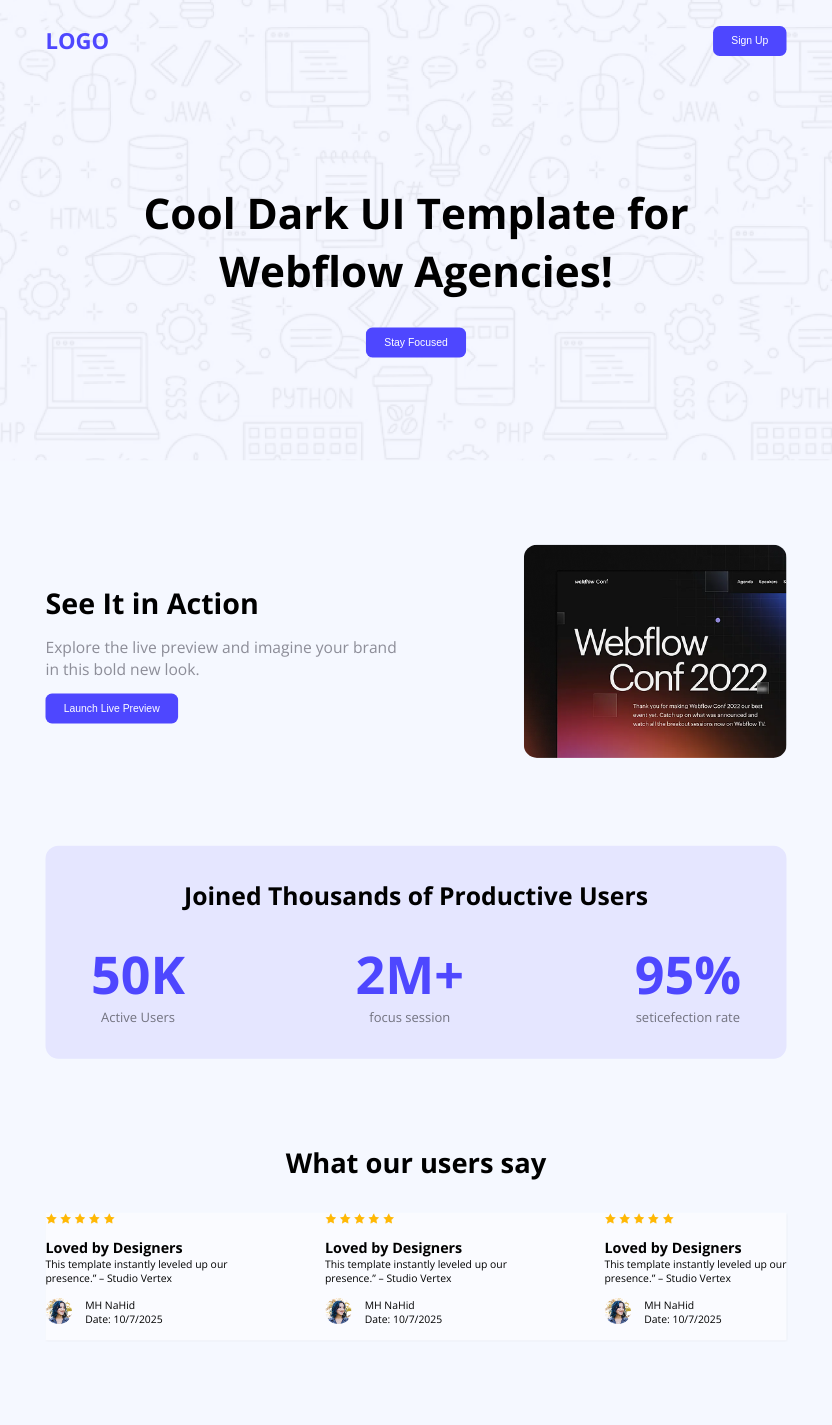
Repository: nahid-hasann/website-3
Page: index.html
An editor plug-in stored every save of this project. The page is shown before and after the next save, followed by the edit.
The browser window is 1280 px wide. The pictures show the whole page, at 65% of full size.

Above is the page before, as saved 2025-07-10 21:13:37.

### index.html
<!DOCTYPE html>
<html lang="en">
<head>
    <meta charset="UTF-8">
    <meta name="viewport" content="width=device-width, initial-scale=10">
    <title>MH NaHid</title>
    <link rel="preconnect" href="https://fonts.googleapis.com">
<link rel="preconnect" href="https://fonts.gstatic.com" crossorigin>
<link href="https://fonts.googleapis.com/css2?family=Open+Sans:ital,wght@0,300..800;1,300..800&family=Raleway:ital,wght@0,100..900;1,100..900&display=swap" rel="stylesheet">
<link rel="stylesheet" href="style.css">
</head>
<body class="open-sans-normal">


<header class="header-section">
      <section class="section-1">
       <h1 style="font-size: 34px; color: #4e47ff;">LOGO</h1>
       <button class="btn">Sign Up</button>
      </section>

      <section class="section-2">
        <h1 style="font-size: 65px; text-align: center;">Cool Dark UI Template for <br> Webflow Agencies!</h1>
        <br>
        <br>
        <button class="btn">Stay Focused</button>
      </section>


</header>


<main>

<section class="action-section">

<div class="action-title">
    <h1>See It in Action</h1>
    <br>
    <p>Explore the live preview and imagine your brand <br> in this bold new look.</p>
    <br>
    <button class="btn">Launch Live Preview</button>
</div>

<div class="action-img">
    <img src="Assets/wc-mini.png" alt="">
</div>


</section>

<section class="productive-user">

     <h1 style="text-align: center; font-size: 38px ; font-weight: 700;">Joined Thousands of Productive Users</h1>

     <div class="productive-user-review">

       <div class="productive-user-songkha">
         <h1>50K</h1>
         <p>Active Users</p>
       </div>
       <div class="productive-user-songkha">
         <h1>2M+</h1>
         <p>focus session</p>
       </div>
       <div class="productive-user-songkha">
         <h1>95%</h1>
         <p>seticefection rate</p>
       </div>

     </div>



</section>


<section class="feedback-section">

    <h1>What our users say</h1>

    <div class="feedback-flex">

   <div class="feedback-review">

        <div class="star">
            <img src="Assets/icon-star.png" alt="">
        <img src="Assets/icon-star.png" alt="">
        <img src="Assets/icon-star.png" alt="">
        <img src="Assets/icon-star.png" alt="">
        <img src="Assets/icon-star.png" alt="">
        <h4>Loved by Designers</h4>
        <p>This template instantly leveled up our <br> presence.” – Studio Vertex</p>
        </div>
        <div class="reviwer">
            <div class="reviwer-img">
                <img src="Assets/avatar.png" alt="">
            </div>
            <div class="reviwer-text">
                <p>MH NaHid</p>
                 <p>Date: 10/7/2025</p>
            </div>
        </div>

    </div>
       <div class="feedback-review">

        <div class="star">
            <img src="Assets/icon-star.png" alt="">
        <img src="Assets/icon-star.png" alt="">
        <img src="Assets/icon-star.png" alt="">
        <img src="Assets/icon-star.png" alt="">
        <img src="Assets/icon-star.png" alt="">
        <h4>Loved by Designers</h4>
        <p>This template instantly leveled up our <br> presence.” – Studio Vertex</p>
        </div>
        <div class="reviwer">
            <div class="reviwer-img">
                <img src="Assets/avatar.png" alt="">
            </div>
            <div class="reviwer-text">
                <p>MH NaHid</p>
                 <p>Date: 10/7/2025</p>
            </div>
        </div>

    </div>
       <div class="feedback-review">

        <div class="star">
            <img src="Assets/icon-star.png" alt="">
        <img src="Assets/icon-star.png" alt="">
        <img src="Assets/icon-star.png" alt="">
        <img src="Assets/icon-star.png" alt="">
        <img src="Assets/icon-star.png" alt="">
        <h4>Loved by Designers</h4>
        <p>This template instantly leveled up our <br> presence.” – Studio Vertex</p>
        </div>
        <div class="reviwer">
            <div class="reviwer-img">
                <img src="Assets/avatar.png" alt="">
            </div>
            <div class="reviwer-text">
                <p>MH NaHid</p>
                 <p>Date: 10/7/2025</p>
            </div>
        </div>

    </div>

    </div>

</section>




</main>






</body>
</html>

### style.css
*{
    margin: 0;
    padding: 0;
    box-sizing: border-box;
}

body{
    background-color: #f5f8ff;
}


.open-sans-normal {
  font-family: "Open Sans", sans-serif;
  font-optical-sizing: auto;
  font-style: normal;
  font-variation-settings:
    "wdth" 100;
}

.header-section{
    background-image: url('Assets/Hero-bg.png');
    background-repeat: no-repeat;
    background-position: center;
    background-size: cover;
    /* height: 700px; */
}

.section-1{
    display: flex;
    justify-content: space-between;
    padding: 40px 0;
    width: 1140px;
    margin: auto;
}

.btn{
    padding: 14px 28px;
    border: none;
    background-color: #4e47ff ;
    color: white;
    border-radius: 10px;
    display: block;
    font-size: 16px;
}

.btn:hover{
    background-color: yellow;
    padding: 14px 30px;
    transition: 0.5s;
    color: black;
}

.section-2{

    display: flex;
    flex-direction: column;
    justify-content: center;
    align-items: center;
    margin:  auto;
    padding: 158px 0;

}

main{
    width: 1140px;
    margin: auto;
}

.action-section{
    display: flex;
    justify-content: space-between;
    margin: 130px 0;
}

.action-title{
    margin: auto 0;
}

.action-img img{
    border-radius: 20px;
    width: 404px;
    height: 328px;
}

.action-title h1{
    font-size: 44px;
}

.action-title p{
    color: rgba(37, 36, 50, 0.5);
    font-size: 24px;
}

.productive-user{
    background-color: #e5e6ff;
    padding: 50px 70px;
    /* display: flex; */
    /* flex-direction: column; */
    /* justify-content: space-between; */
    /* align-items: center; */
    border-radius: 20px;
    margin-bottom: 130px;
}

.productive-user-review {
    display: flex;
    margin-top: 40px;
    gap: 40px;
    justify-content: space-between;
    align-items: center;
}

.productive-user-songkha h1{
    text-align: center;
    font-size: 80px;
    color: #4e47ff;
}

.productive-user-songkha p{
    text-align: center;
    font-size: 20px;
    color: rgba(0, 0, 0, 0.5);
}

.feedback-section{
    margin-bottom: 130px;
}

.feedback-section h1{
    font-size: 42px;
    font-weight: 700;
    text-align: center;
    margin-bottom: 50px;
}

.feedback-review h4{
    font-size: 22px;
    margin-top: 15px;
}

.reviwer{
    display: flex;
    gap: 20px;
    margin: 20px 0;
}

.reviwer-img img{
     border-radius: 50%;
}

.feedback-flex{
    display: flex;
    box-shadow: 0 1px 3px rgba(0, 0, 0, 0.05);
    background-color: #fafbff;
    gap: 50px;
    flex-direction: row;
    justify-content: space-between;
}

After the next save:
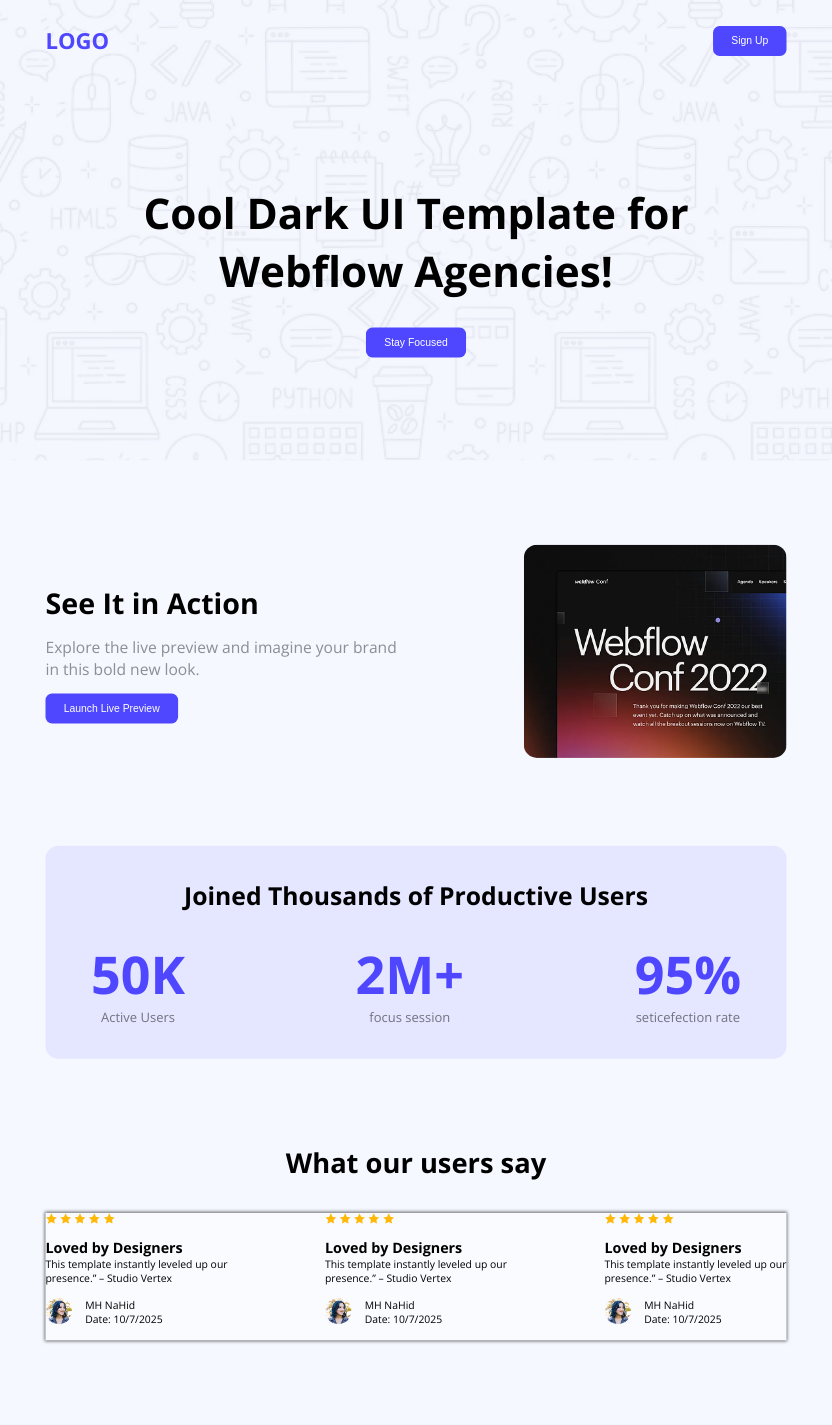
Saved 20 s later.
--- a/style.css
+++ b/style.css
@@ -150,7 +150,9 @@
 
 .feedback-flex{
     display: flex;
-    box-shadow: 0 1px 3px rgba(0, 0, 0, 0.05);
+    box-shadow: 0px 0px 5px 1px rgba(0,0,0,0.67);
+-webkit-box-shadow: 0px 0px 5px 1px rgba(0,0,0,0.67);
+-moz-box-shadow: 0px 0px 5px 1px rgba(0,0,0,0.67);
     background-color: #fafbff;
     gap: 50px;
     flex-direction: row;
